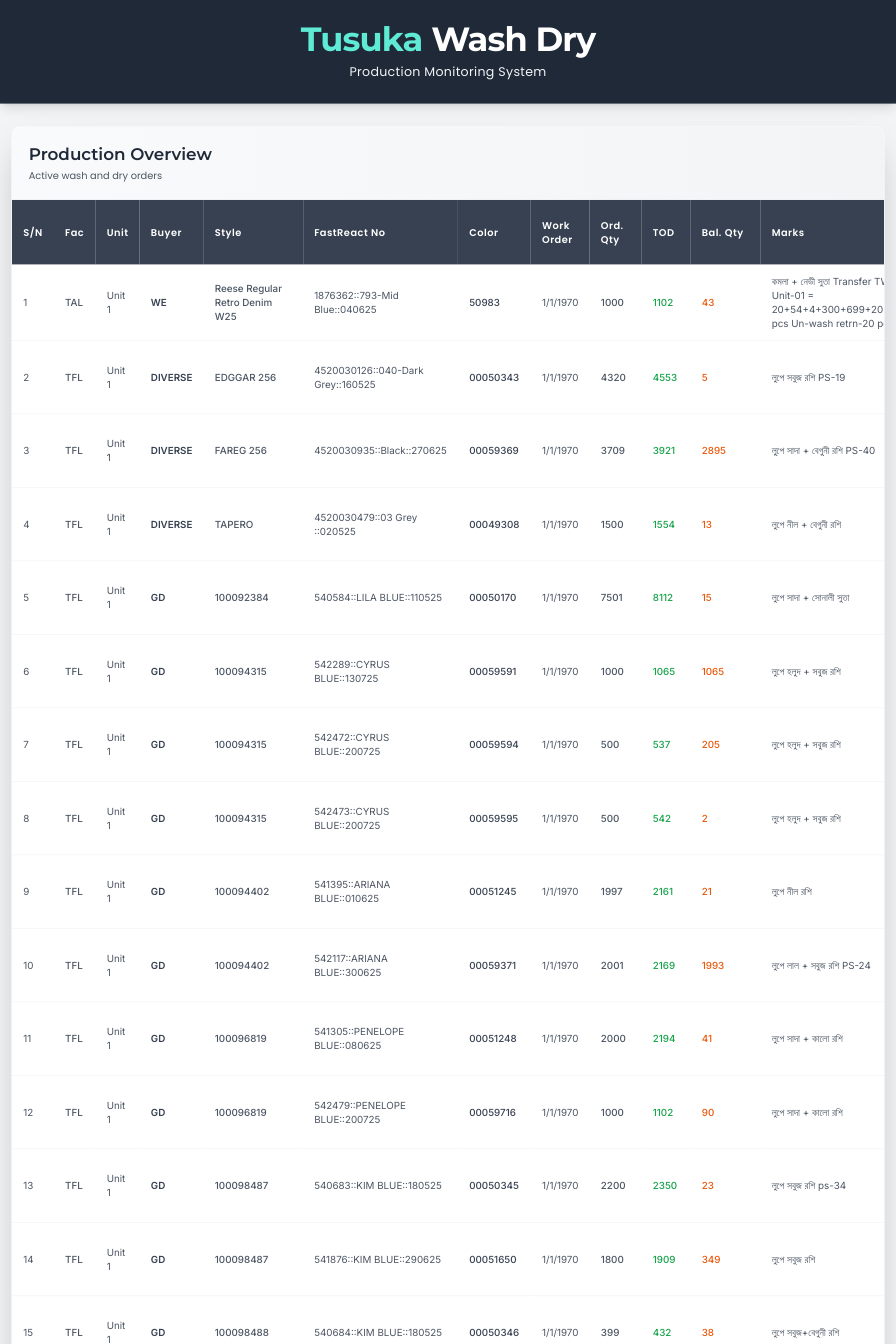
Repository: AhmedMuktadir14218/TusukaDryWash
Page: 1st Wash/index.html
The author's editor kept a copy of each file at every save. The page is drawn from the files as they stood at one save, then again after the next save.
The browser window is 1280 px wide. The pictures show the part of the page from y = 0 to 1920 px (the page is 4107 px tall before and 4087 px after), at 70% of full size.
Some web libraries are served in a nearby version.

Above is the page before, as saved 2025-07-01 11:52:08.

After the next save:
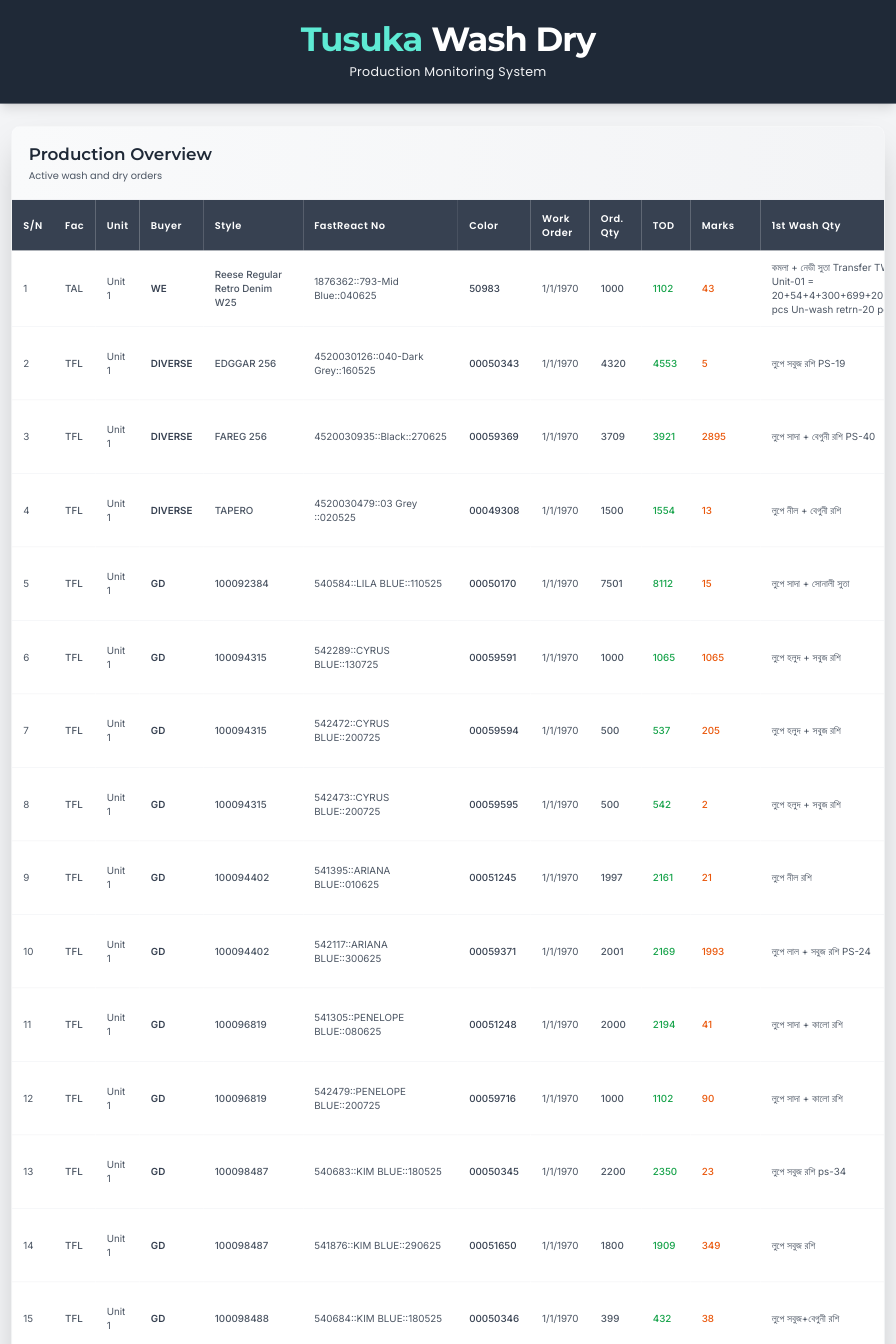
Saved 22 s later.
--- a/1st Wash/index.html
+++ b/1st Wash/index.html
@@ -80,7 +80,7 @@
                             <th class="px-4 py-4 font-semibold text-left tracking-wider">Ord. Qty</th>
                             <th class="px-4 py-4 font-semibold text-left tracking-wider">TOD</th>
                             <!-- <th class="px-4 py-4 font-semibold text-left tracking-wider">Wash Recv Qty</th> -->
-                            <th class="px-4 py-4 font-semibold text-left tracking-wider">Bal. Qty</th>
+                            <!-- <th class="px-4 py-4 font-semibold text-left tracking-wider">Bal. Qty</th> -->
                             <th class="px-4 py-4 font-semibold text-left tracking-wider">Marks</th>
                             <th class="px-4 py-4 font-semibold text-left tracking-wider">1st Wash Qty</th>
                             <th class="px-4 py-4 font-semibold text-left tracking-wider">Action</th>
